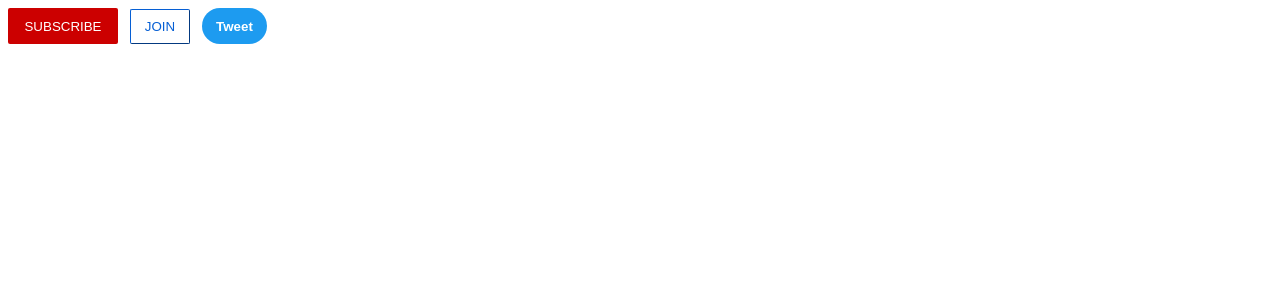
Repository: Kurumilli/Youtube
Page: buttons.html
These files come from the project's save history. The page is drawn as it stood at one moment and after the next save; the edit follows.
The browser window is 1280 px wide. The pictures show the whole page.
The pointer rests on the first visible `.join`.

Above is the page before, as saved 2025-01-24 20:56:19.

### buttons.html
<html>
<body>
<style>
.subscribe{
    background-color: rgb(204, 0, 0);
    border:none;
    color: white;
    height: 36px;
    width: 110px;
    border-radius: 2px;
    cursor: pointer;
    transition: 0.15s;
}
    .subscribe:hover{
        opacity: 0.8;
    }

    .subscribe:active{
        opacity: 0.4;
    }

.join{
background-color: white;
color: rgb(6, 95, 212);
border-width: 1px;
height:35px;
width: 60px;
border-color:rgb(6, 95, 212);
border-radius: 2px;
cursor: pointer;
margin-left: 8px;
}

.tweet{
    background-color: rgb(29, 155, 240);
    border: none;
    height: 36px;
    color: white;
    width: 65px;
    border-radius: 18px;
    font-weight: bold;
    margin-left: 8px;

    }
</style>

<button class="subscribe">
    SUBSCRIBE
</button>

<button class="join">
    JOIN
</button>

<button class="tweet">
    Tweet
</button>




</body>
</html>

After the next save:
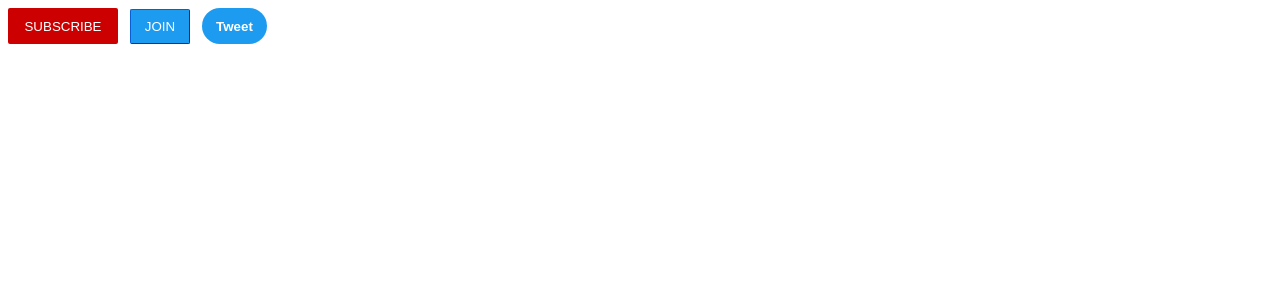
Saved 4 min 35 s later.
--- a/buttons.html
+++ b/buttons.html
@@ -31,6 +31,11 @@ cursor: pointer;
 margin-left: 8px;
 }
 
+    .join:hover{
+        background-color:rgb(29, 155, 240) ;
+        color: white;
+    }
+
 .tweet{
     background-color: rgb(29, 155, 240);
     border: none;
